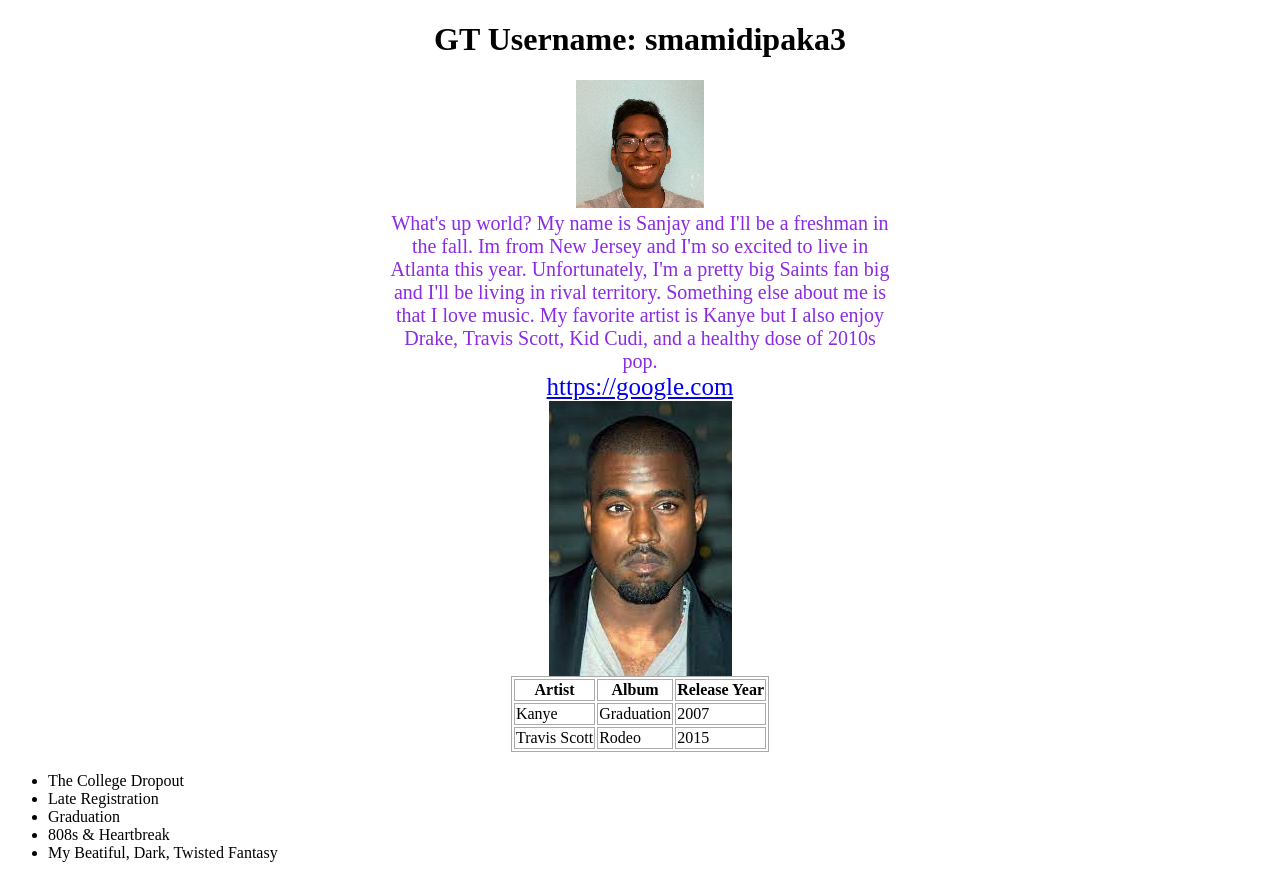
Repository: sanjayMamidipaka/cs1301
Page: lab01/index.html
An editor plug-in stored every save of this project. The page is shown before and after the next save, followed by the edit.
The browser window is 1280 px wide. The pictures show the whole page.

Above is the page before, as saved 2021-07-22 16:56:44.

After the next save:
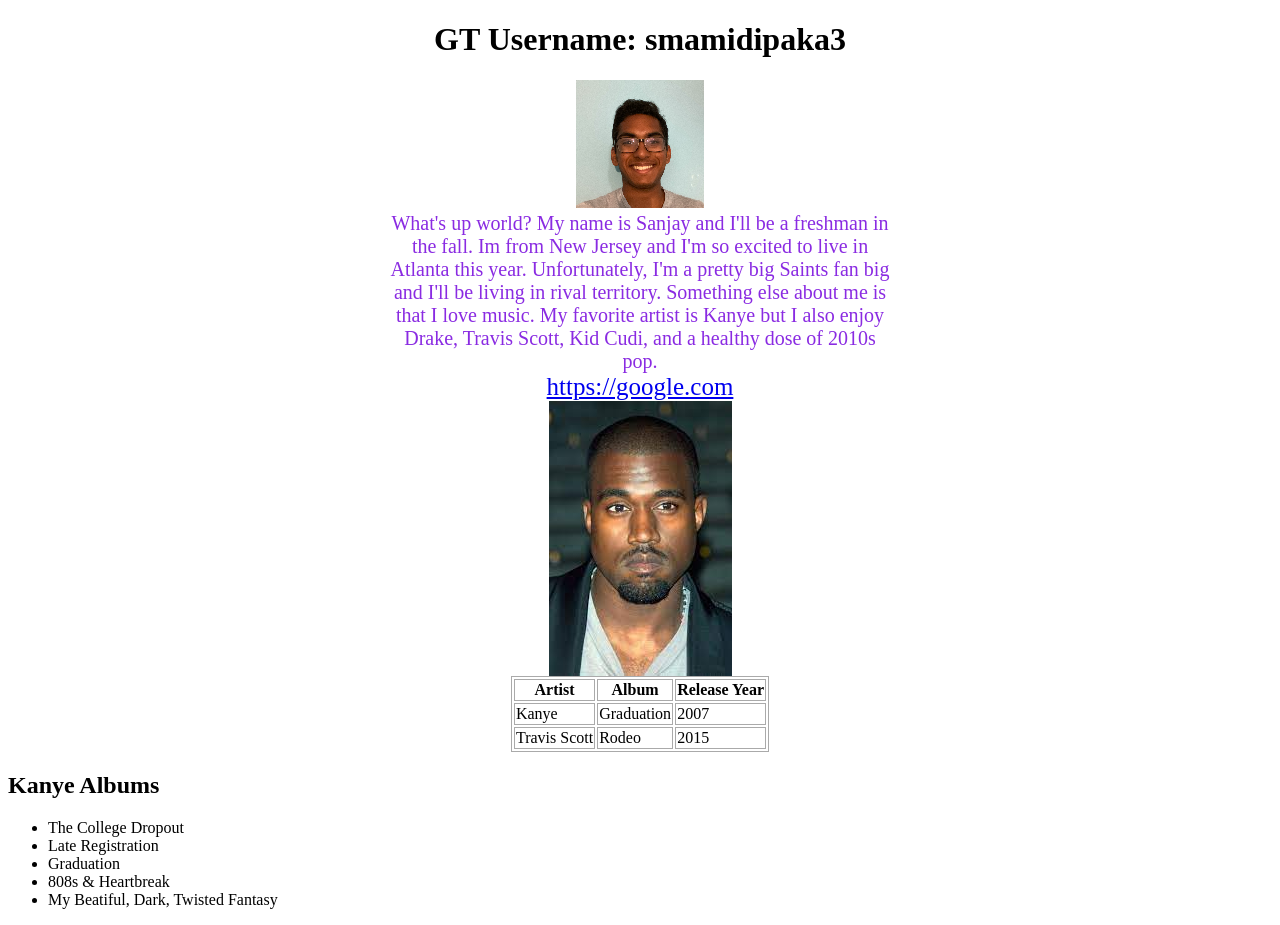
Saved 6 s later.
--- a/lab01/index.html
+++ b/lab01/index.html
@@ -43,7 +43,7 @@
 </table>
 
 <div>
-    <h2></h2>
+    <h2>Kanye Albums</h2>
 </div>
 <ul class='list'>
     <li>The College Dropout</li>
